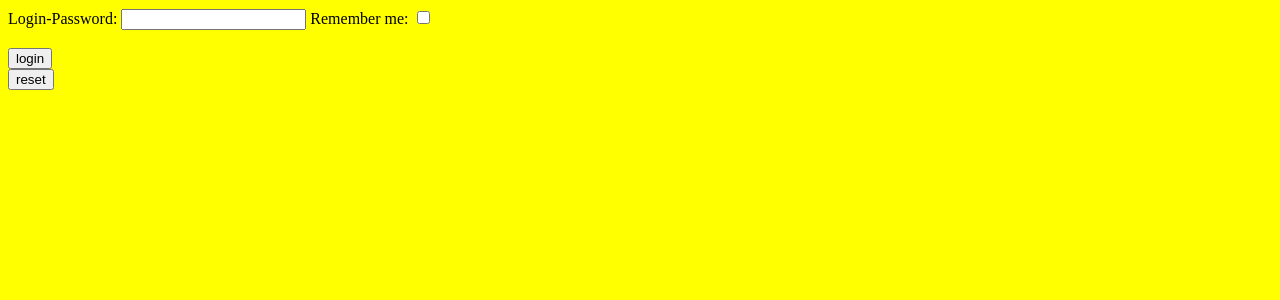
Repository: pawankumarsharm/UST_JDBC_SERVLET
Page: jdbc/empwebapp/WebContent/login.html
An editor plug-in stored every save of this project. The page is shown before and after the next save, followed by the edit.
The browser window is 1280 px wide. The pictures show the whole page.

Above is the page before, as saved 2019-11-15 09:41:11.

### jdbc/empwebapp/WebContent/login.html
<!DOCTYPE html>
<html>
<head>
<meta charset="ISO-8859-1">
<title>Insert title here</title>
</head>
<body bgcolor="yellow">
<form action="" method="post>
<table>
<tr>
<td>Login-Id:</td>
<td> <input name="id" type="number"></td>
</tr>

<tr>
<td>Login-Password:</td>
<td>  <input type="password" name="password"></td>
</tr>

<tr>
<td>Remember me:</td>
<td>   <input type="checkbox"><br><br></td>
</tr>

<tr>
<td><input type="submit" value ="login"><br></td>
</tr>


<td><input type="submit" value ="reset"><br></td>








</table>



	</form>

</body>
</html>

After the next save:
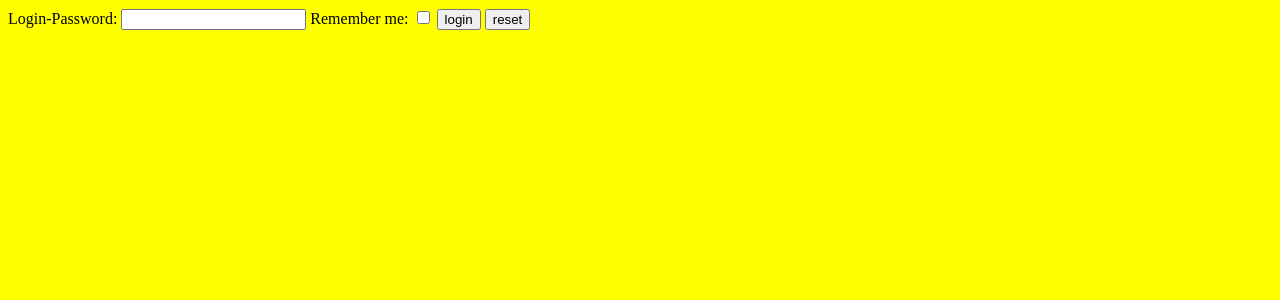
Saved 47 s later.
--- a/jdbc/empwebapp/WebContent/login.html
+++ b/jdbc/empwebapp/WebContent/login.html
@@ -19,11 +19,11 @@
 
 <tr>
 <td>Remember me:</td>
-<td>   <input type="checkbox"><br><br></td>
+<td>   <input type="checkbox"></td>
 </tr>
 
 <tr>
-<td><input type="submit" value ="login"><br></td>
+<td><input type="submit" value ="login"></td>
 </tr>
 
 
